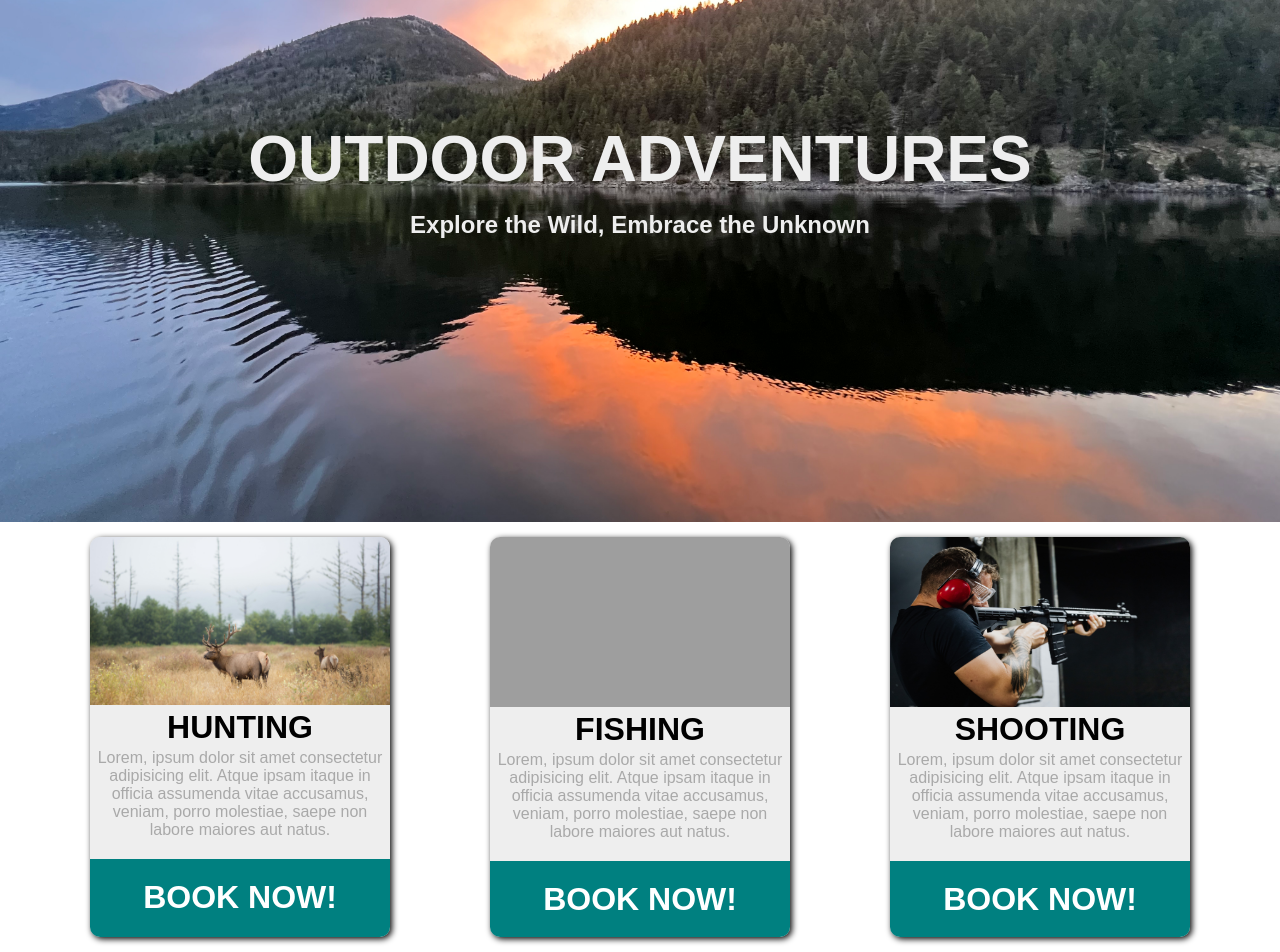
Repository: iforgotmylogin/WebDesignFinal
Page: index.html
An editor plug-in stored every save of this project. The page is shown before and after the next save, followed by the edit.
The browser window is 1280 px wide. The pictures show the part of the page from y = 290 to 1242 px (the page is 1242 px tall).
Pictures or frames that could not be fetched are drawn as grey boxes. A picture or video elsewhere on the page could not be fetched, so the positions and the page height are approximate.

Above is the page before, as saved 2024-04-07 18:57:42.

### index.html
<!DOCTYPE html>
<html lang="en">
<head>
    <link rel="stylesheet" href="css/global.css">
    <link rel="stylesheet" href="css/navbar.css">
    <link rel="stylesheet" href="css/dropdown.css">
    <link rel="stylesheet" href="https://cdn.jsdelivr.net/npm/aos@2.3.4/dist/aos.css">
    <link rel="stylesheet" href="css/homepage.css">
    <meta http-equiv="X-UA-Compatible" content ="IE=edge">
    <meta charset="UTF-8">
    <meta name="viewport" content="width=device-width, initial-scale=1.0">
    <title>Outdoor Adventures</title>
</head>
<body>
    <header>
        <a href="#"><img src="images/outdoor-adventure-logo-color.png" alt="Logo" class="logo"></a>
       <nav>
        <ul>
            <li>
                <a href="#">About</a>
            </li>
            <li class="dropdown">
                <a href="html/Booking.html">Booking</a>
                <div class="dropdown-content">
                    <a href="#">Hunting</a>
                    <a href="#">Fishing</a>
                    <a href="#">Shooting</a>
                    <a href="#">ATV Rental</a>
                </div>
            </li>
            <li>
                <a href="html/Reviews.html">Reviews</a>
            </li>
            <li>
                <a href="#">Careers</a>
            </li>
            <li>
                <a href="#">Contact</a>
            </li>
        </ul>
    </nav>



    </header>
    <main class="hero_image">
        <h1>Outdoor Adventures</h1>
        <h2>Explore the Wild, Embrace the Unknown</h2>
    </main>

    <div class="container">
        <a  href="#" data-aos="fade-up" class="box hunting">
            <img src="images/HuntingBackdrop.jpg" alt="Image of an Elk">
            <h1>Hunting</h1>
            <p>Lorem, ipsum dolor sit amet consectetur adipisicing elit. Atque ipsam itaque in officia assumenda vitae accusamus, veniam, porro molestiae, saepe non labore maiores aut natus.</p>
            <div class="home-booking-button">
                <h1>Book Now!</h1>
            </div>
        </a>

        <a href="#" data-aos="fade-up" class="box Fishing">
            <img src="images/FishingBackdrop.jpg" alt="Image of an Elk">
            <h1>Fishing</h1>
            <p>Lorem, ipsum dolor sit amet consectetur adipisicing elit. Atque ipsam itaque in officia assumenda vitae accusamus, veniam, porro molestiae, saepe non labore maiores aut natus.</p>
            <div class="home-booking-button">
                <h1>Book Now!</h1>
            </div>
        </a>

        <a href="#" data-aos="fade-up" class="box Shooting">
            <img src="images/ShootingBackdrop.jpg" alt="Image of an Elk">
            <h1>Shooting</h1>
            <p>Lorem, ipsum dolor sit amet consectetur adipisicing elit. Atque ipsam itaque in officia assumenda vitae accusamus, veniam, porro molestiae, saepe non labore maiores aut natus.</p>
            <div class="home-booking-button">
                <h1>Book Now!</h1>
            </div>
        </a>
    </div>



    <!-- Use <div data-aos="fade-up"><div> for really cool animations that use this java script!! -->
    <script src="https://cdn.jsdelivr.net/npm/aos@2.3.4/dist/aos.js"></script>
    <script>
      AOS.init();
    </script>
</body>
</html>

### css/global.css
*{
    font-family: Arial, Helvetica, sans-serif;
}
.hero_image{
    position: absolute;
    z-index: 1;
    margin: 0 auto;
    justify-content: center;
    top: 0px;
    padding: 50px;
    height: 600px;
    position: relative;
    background-image: url("../images/IMG_0679.jpeg");
    background-size: cover;
    background-position: center;
}

.hero_image h1{
    font-size: 400%;
    color: #eee;
    text-transform: uppercase;
    text-align: center;
    margin: 250px 0 auto;
}

.hero_image h2{
    margin: 15px 0 auto;
    text-align: uppercase;
    text-align: center;
    color:#eee;
}

h1.global{
    text-align: center;
}

#usrReview_1{
    outline: 2px solid red; /*This is for "debugging" where the div is and how it's behaving*/

    padding: 30px;
}

#userPfp{
    float: left;
    max-width: 90%;
    width: 200px;
    margin-right: 10px; /* adds some spacing between the image and the text*/

}

### css/navbar.css
body{
    margin:0px;
}


header{
    display: flex;
    justify-content: space-between;
    background-color: #eee;
    border-bottom: 5px white;
    box-shadow: 0 0 5px rgba(0,0,0,.2);
}

header .logo{
    height: 100px;
    padding:4px;
}

header nav{
    display: flex;
    align-items: center;
}
header nav ul{
    margin: 0px;
    padding: 0px;
    text-align: right;
    display: flex;
    width: 100%;
    justify-content: end;
}
header nav ul li{
    list-style-type: none;
}

header nav ul li a{
  text-decoration: none;
  color: #666;
  font-weight: bold;
  font-size:15px;
  text-transform:uppercase;
  font-family:Helvetica, sans-serif;
  padding:49px 30px;
  transition: all .3s linear;
}
header nav ul li a:hover{
    background-color:teal;
    color:white;
}

header nav ul li a.active{
    background-color: burlywood;
}

### css/dropdown.css
.dropbtn {
    background-color: #eee;
    color: white;
    padding: 16px;
    font-size: 16px;
    border: none;
  }

  .dropdown {
    align-items: center;
    display: inline-block;
  }

  .dropdown-content {
    display: none;
    position:absolute;
    background-color: #eee;
    min-width: 136px;
    box-shadow: 0px 8px 16px 0px rgba(0,0,0,0.2);
    z-index: 1;
    top: 14%;
    z-index: 2; /* Makes the dropdown menu appear over the hero image */
  }

  /* Links inside the dropdown */
  .dropdown-content a {
    color: black;
    padding: 12px 16px;
    text-decoration: none;
    text-align: center;
    display: block;
  }

  .dropdown-content a:hover {background-color: teal;}

  .dropdown:hover .dropdown-content {display: block;}

  .dropdown:hover .dropbtn {background-color: teal;}

### css/homepage.css
*{
    margin:0;
    padding:0;
}
.container{
    position:relative;
    width: 100%;
    height: auto;
    display: flex;
    flex-direction: row;
    justify-content: center;
}
.box{
    position: relative;
    width: 300px;
    height: 400px;
    background:#eee;
    text-align: center;
    margin: 15px;
    box-sizing: border-box;
    overflow: hidden;
    margin-left: 50px;
    margin-right: 50px;
    border-radius: 10px;
}
.container a{
    text-decoration: none;
    color:black;
    box-shadow: 2px 2px 6px black;
}
.box:hover{

}
.box img{
    width: 100%;
}
.box h1{
    padding-bottom: 3px;
    text-transform: uppercase;
}
.box p{
    padding-bottom: 20px;
    color: #A9A9A9;
}
.home-booking-button{
    padding-top: 15px;
    padding-bottom: 20px;
    background-color: teal;
}
.home-booking-button h1{
    padding-top:5px;
    color:white;
}
.Fishing img{
    height: 170px;
}
.Shooting img{
    height: 170px
}

After the next save:
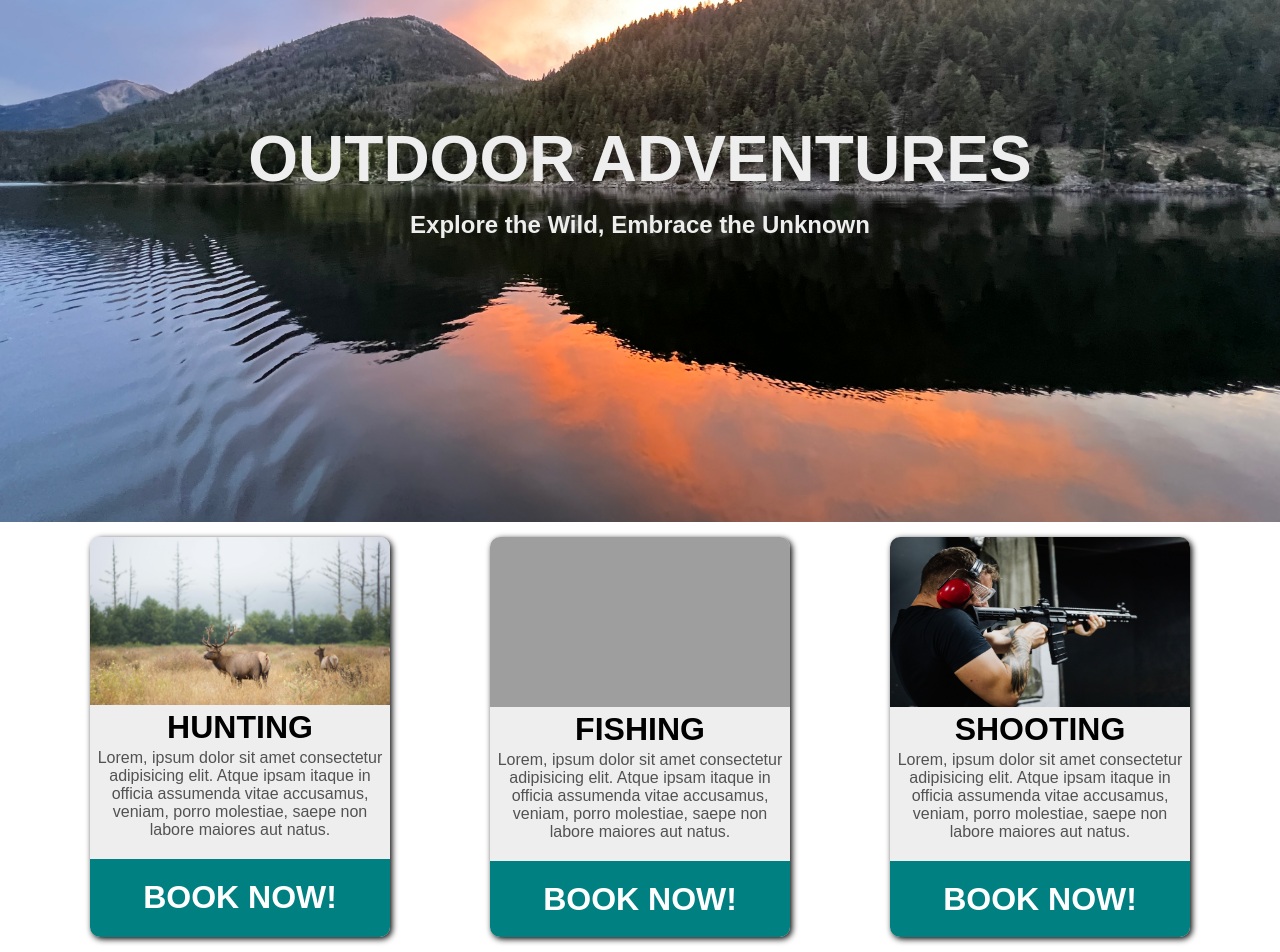
Saved 24 s later.
--- a/css/homepage.css
+++ b/css/homepage.css
@@ -40,7 +40,7 @@
 }
 .box p{
     padding-bottom: 20px;
-    color: #A9A9A9;
+    color: #525252;
 }
 .home-booking-button{
     padding-top: 15px;
